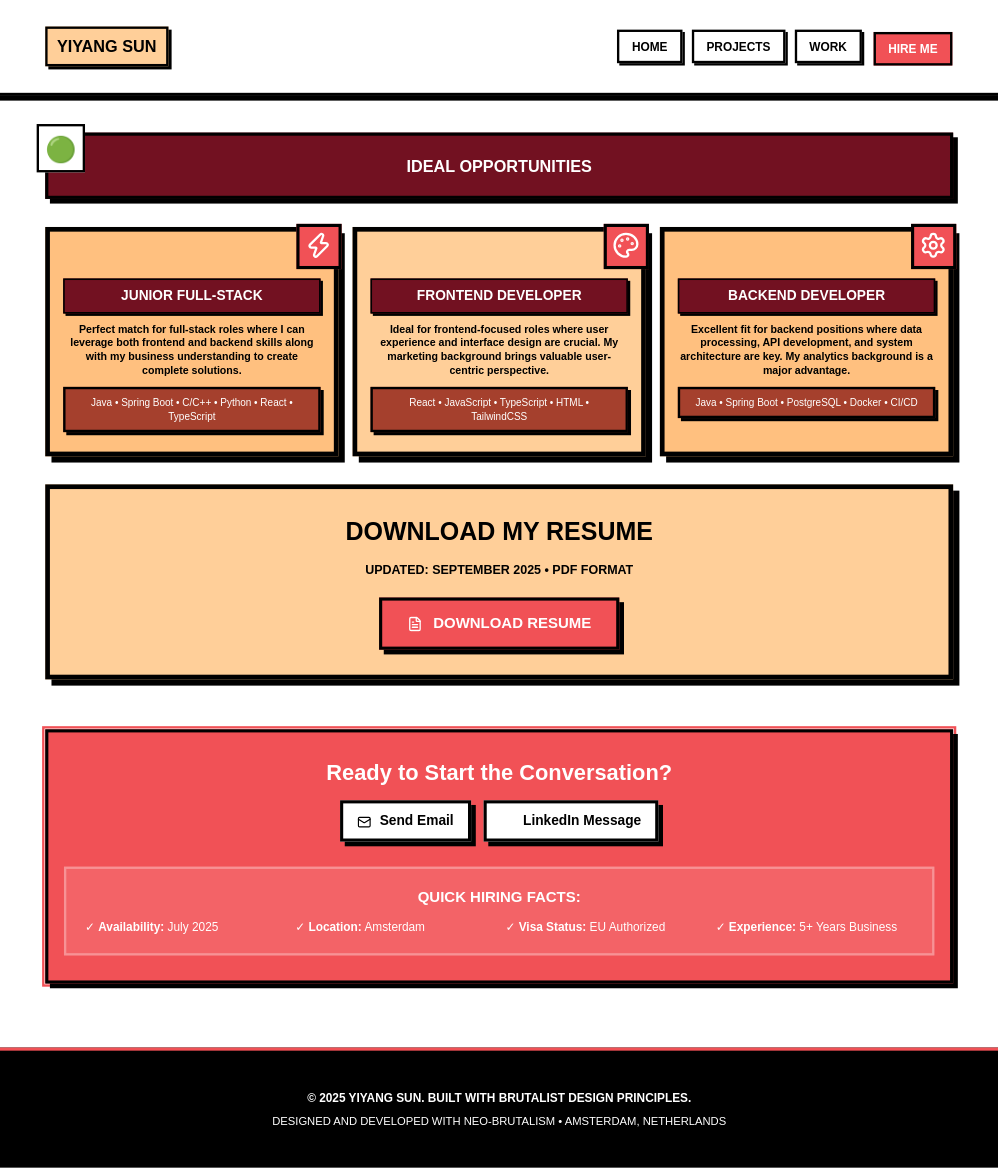
Repository: miloyiyangsun/yiyangsun.github.io
Page: .superdesign/design_iterations/yiyang_hireme_v2.html
The author's editor kept a copy of each file at every save. The page is drawn from the files as they stood at one save, then again after the next save.
The browser window is 1280 px wide. The pictures show the whole page, at 78% of full size.

Above is the page before, as saved 2025-09-03 21:30:52.

After the next save:
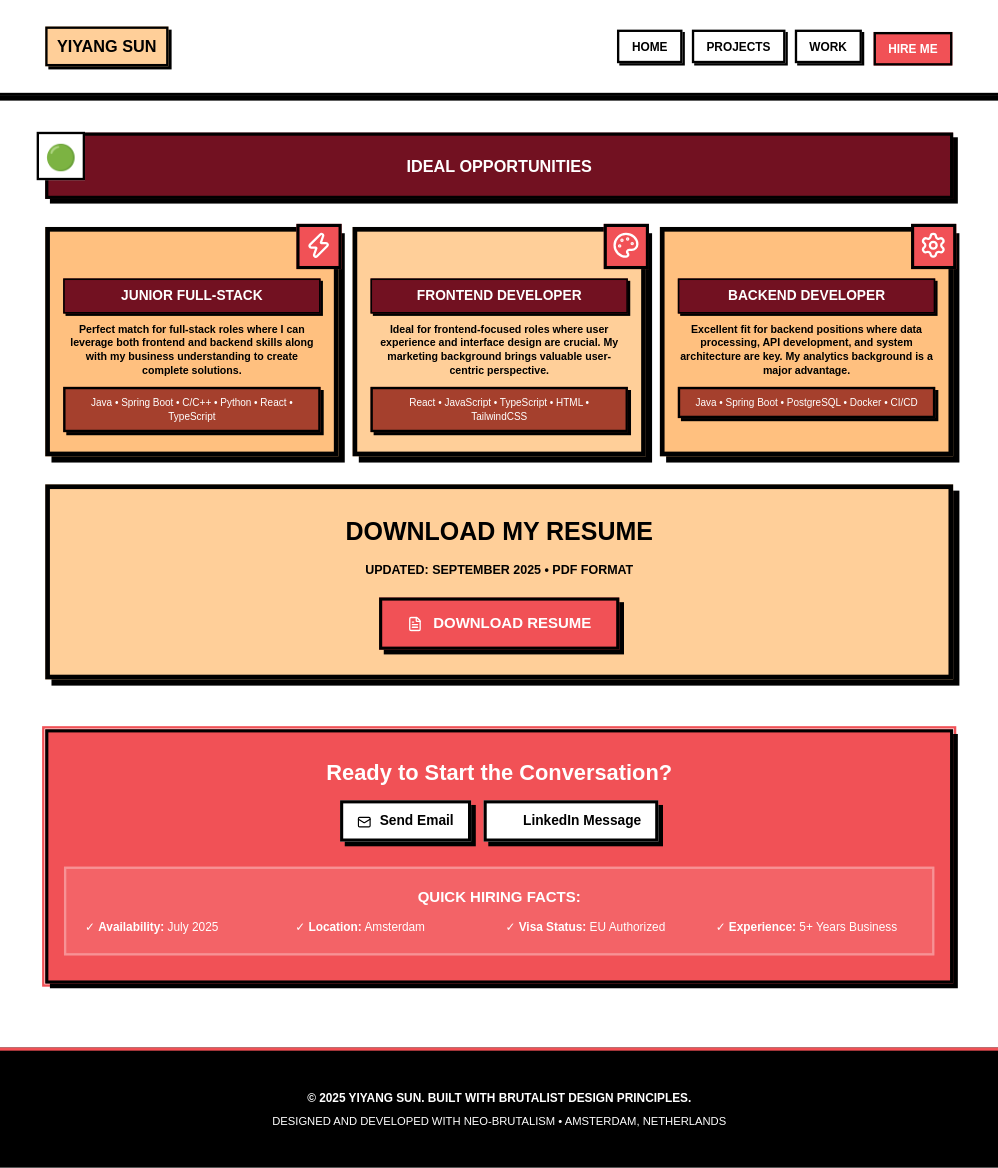
Saved 16 s later.
--- a/.superdesign/design_iterations/yiyang_hireme_v2.html
+++ b/.superdesign/design_iterations/yiyang_hireme_v2.html
@@ -367,7 +367,7 @@
       .availability::before {
         content: "🟢";
         position: absolute;
-        top: -15px;
+        top: -5px;
         left: -15px;
         width: 40px;
         height: 40px;

After the save that followed:
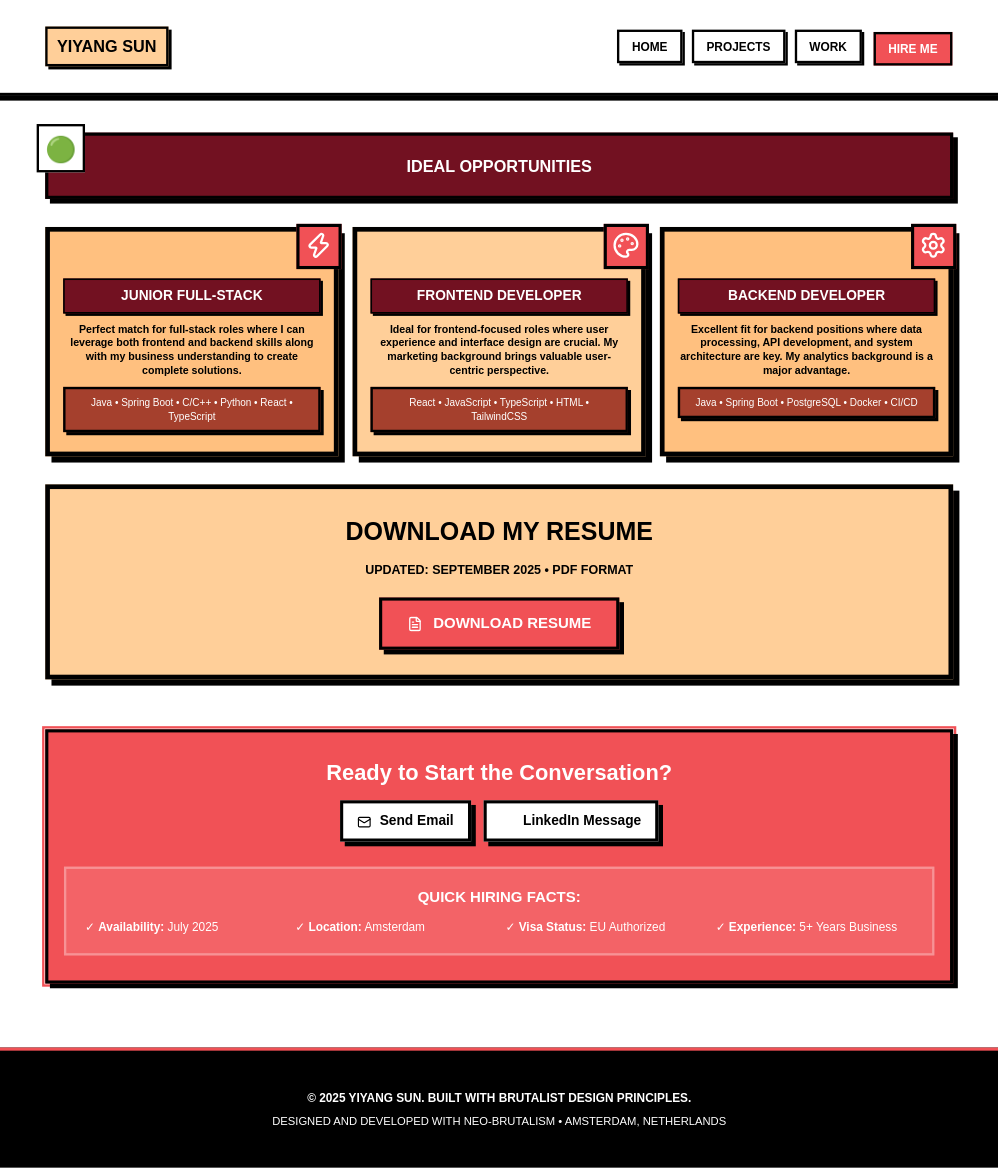
Saved 6 s later.
--- a/.superdesign/design_iterations/yiyang_hireme_v2.html
+++ b/.superdesign/design_iterations/yiyang_hireme_v2.html
@@ -367,7 +367,7 @@
       .availability::before {
         content: "🟢";
         position: absolute;
-        top: -5px;
+        top: -15px;
         left: -15px;
         width: 40px;
         height: 40px;
